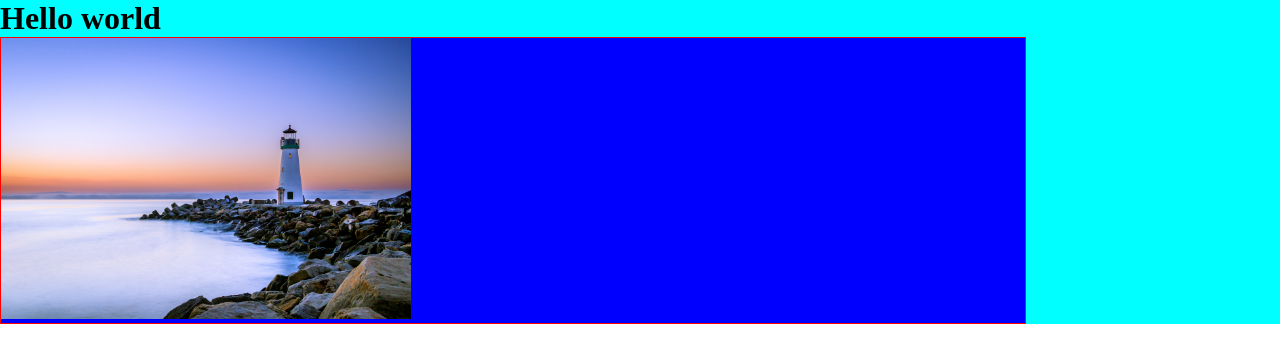
Repository: RPSKumara/DPEdudationPyhton
Page: ImageStyle/index.html
An editor plug-in stored every save of this project. The page is shown before and after the next save, followed by the edit.
The browser window is 1280 px wide. The pictures show the whole page.

Above is the page before, as saved 2022-04-20 10:16:36.

### ImageStyle/index.html
<!DOCTYPE html>
<html lang="en">
	<head>
		<meta charset="UTF-8" />
		<meta http-equiv="X-UA-Compatible" content="IE=edge" />
		<meta name="viewport" content="width=device-width, initial-scale=1.0" />
		<link rel="stylesheet" href="style.css" />
		<title>Document</title>
	</head>
	<body>
		<div class="container">
			<h1>Hello world</h1>
			<div class="imageSlider">
				<img src="Images/01.jpg" alt="images" class="previewImg" srcset="" />
			</div>
		</div>
	</body>
</html>

### ImageStyle/style.css
*{
    margin: 0;
    padding: 0;
}
.container{
    width: 100%;
    background-color: aqua;
}
.imageSlider{
    min-width: 80%;
    width: 80%;
    background-color: blue;
    border: red solid 0.5px;
}
.previewImg{
    width: 40%;
    min-height: 100px;
    min-height: 100px;
}

After the next save:
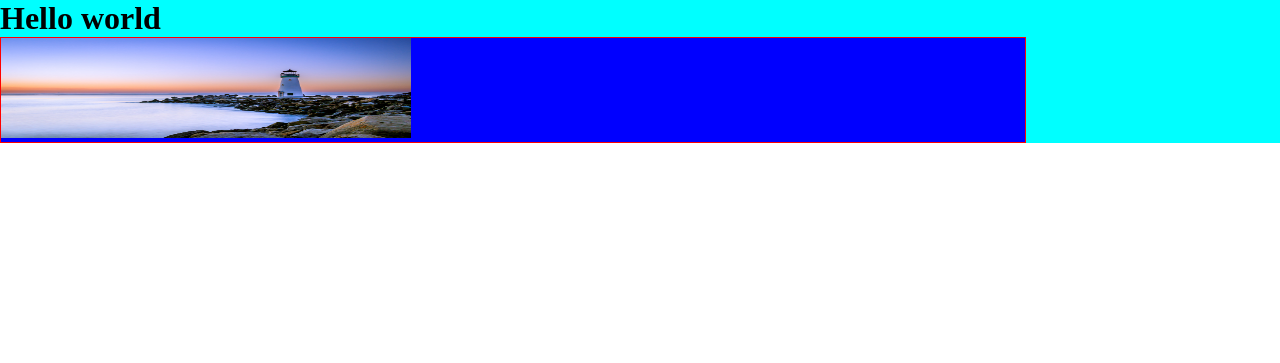
Saved 7 s later.
--- a/ImageStyle/style.css
+++ b/ImageStyle/style.css
@@ -14,6 +14,6 @@
 }
 .previewImg{
     width: 40%;
-    min-height: 100px;
+    max-height: 100px;
     min-height: 100px;
 }
